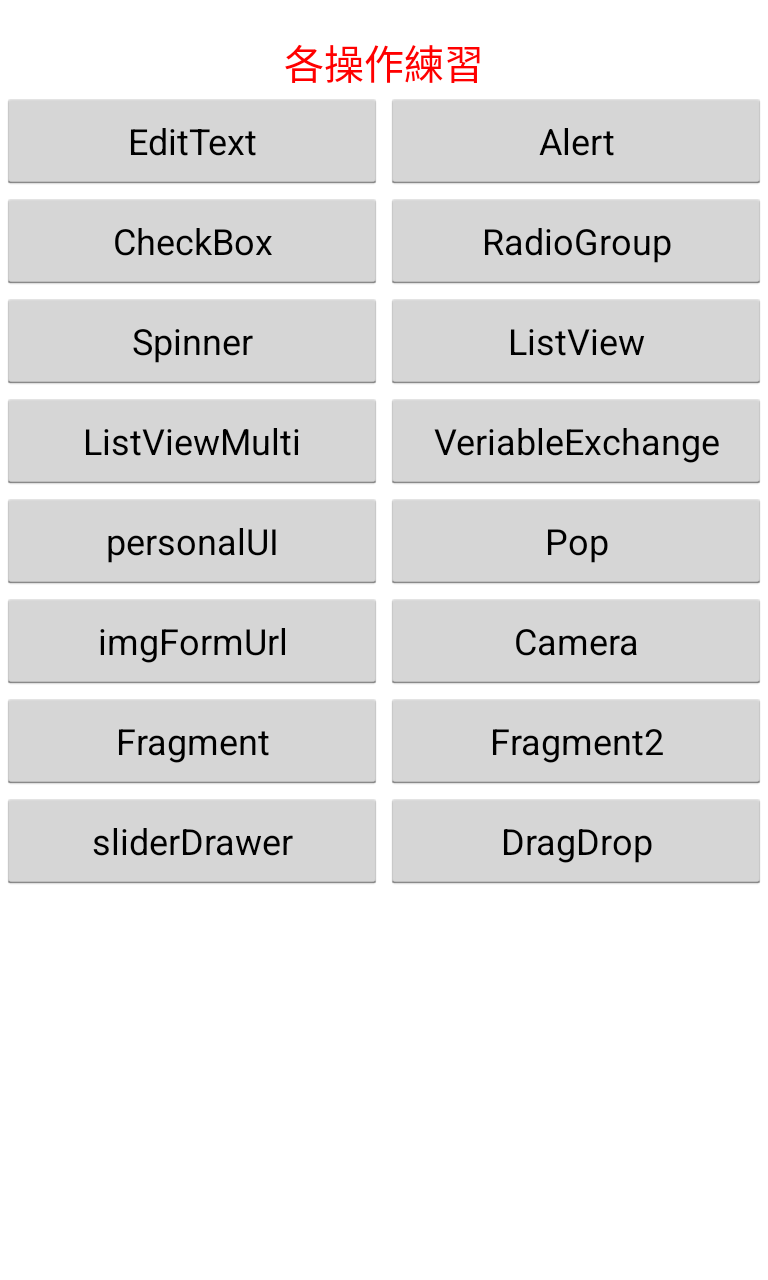
Repository: NTUSTCMAPP/cmapp
Layout: Test/Test/res/layout/activity_main.xml
These files come from the project's save history. The layout is drawn as it stood at one moment and after the next save; the edit follows.
It is drawn on a 768 x 1280 px phone screen (xhdpi) without system bars, with theme AppTheme; the app's code is not run. The app's manifest (not shown) leaves right-to-left support off. So textAlignment, textDirection and layoutDirection are ignored, and left and right values win over start and end ones.

Above is the layout before, as saved 2015-04-26 14:07:01.

After the next save:
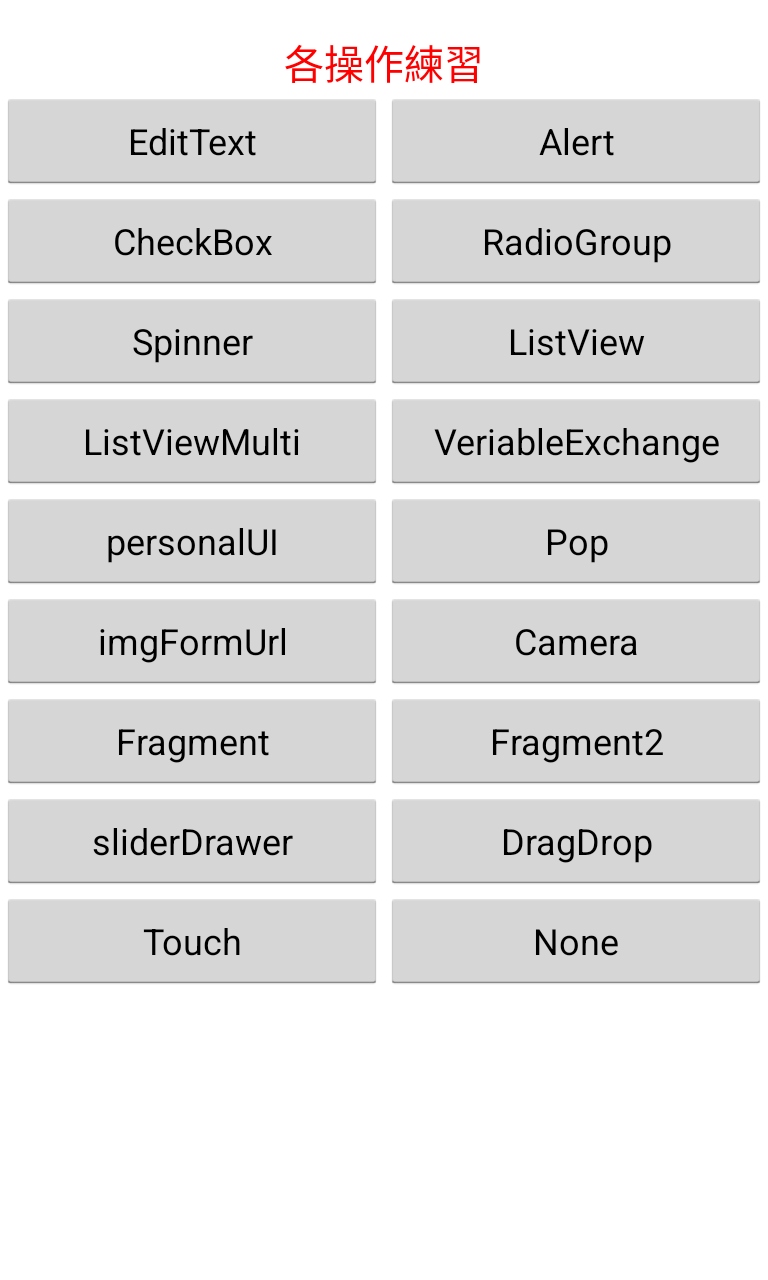
Saved 2 min 47 s later.
--- a/Test/Test/res/layout/activity_main.xml
+++ b/Test/Test/res/layout/activity_main.xml
@@ -230,5 +230,33 @@
 	        android:layout_weight="1"
 	        android:text="DragDrop" />
 	</LinearLayout>
+	<LinearLayout
+	    android:id="@+id/LL9"
+	    android:layout_width="fill_parent"
+	    android:layout_height="wrap_content"
+	    android:layout_alignParentLeft="true"
+	    android:layout_below="@+id/LL8"
+	    android:layout_margin="0dp"
+	    android:layout_marginBottom="0dp"
+	    android:layout_marginStart="0dp"
+	    android:layout_marginTop="0dp"
+	    android:orientation="horizontal"
+	    android:weightSum="2" >
+
+	    <Button
+	        android:id="@+id/Touch"
+	        android:layout_width="0dp"
+	        android:layout_height="50dp"
+	        android:layout_weight="1"
+	        android:text="Touch" />
+
+	    <Button
+	        android:id="@+id/None"
+	        android:layout_width="0dp"
+	        android:layout_height="50dp"
+	        android:layout_toRightOf="@+id/Touch"
+	        android:layout_weight="1"
+	        android:text="None" />
+	</LinearLayout>
 
 </RelativeLayout>
